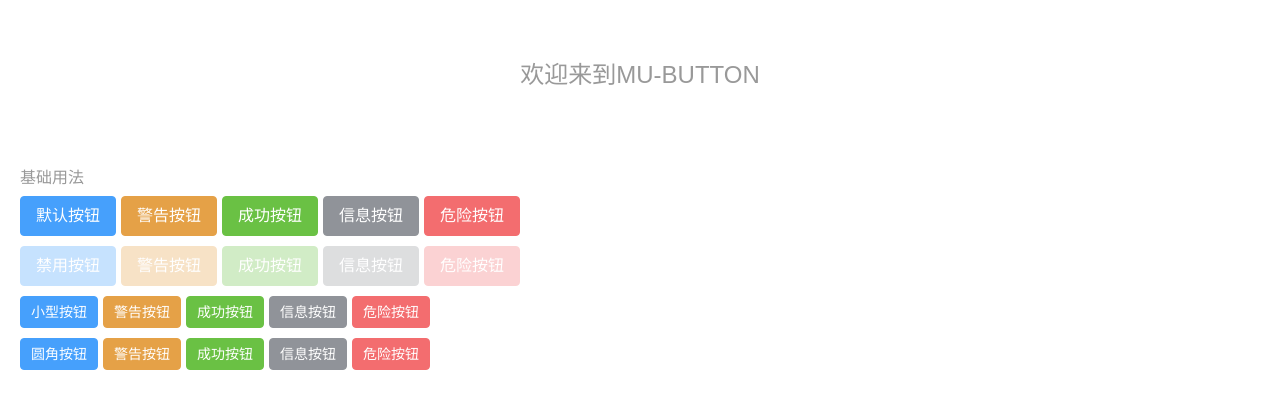
Repository: HuoXiaoYe/huoxiaoye_mumu
Page: /
These files come from the project's save history. The page is drawn as it stood at one moment and after the next save; the edit follows.
The browser window is 1280 px wide. The pictures show the whole page.
The project was rebuilt for these pictures with package versions that can differ from the ones it lists, and the page was loaded fresh each time.

Above is the page before, as saved 2020-07-04 17:42:25.

### src/App.tsx
import React from 'react';
import './App.css';
import "@/assets/less/reset.less"
import ButtonWrap from "./pages/buttonWrap/buttonWrap"

function App() {
  return (
    <div className="App">
      <ButtonWrap />
    </div>
  );
}

export default App;

### src/pages/buttonWrap/buttonWrap.tsx
import React,{useState} from "react"
import "./index.less"
import MUButton from "../../components/button/button"
import Title from "../components/title/title"
import {ButtonType} from "@/tsconfig/MUButton"


interface Ibutton {
    type:ButtonType,
    value:string
}

function ButtonWrap() {
    const [buttonList] = useState<Ibutton[]>([
        {
            type:"warning",
            value:"警告按钮"
        },
        {
            type:"success",
            value:"成功按钮"
        },
        {
            type:"info",
            value:"信息按钮"
        },
        {
            type:"danger",
            value:"危险按钮"
        }
    ])
    return (
        <div className="button-wrap">
            <Title type="first">MU-BUTTON</Title>
            <div className="button-item">
                <Title type="second">基础用法</Title>
                <ul>
                    <li><MUButton>默认按钮</MUButton></li>
                    {
                        buttonList.map((item)=>{
                            return (
                            <li><MUButton type={item.type}>{item.value}</MUButton></li>
                            )
                        })
                    }
                </ul>
                <ul>
                <li><MUButton disabled={true}>禁用按钮</MUButton></li>
                    {
                        buttonList.map((item)=>{
                            return (
                            <li><MUButton type={item.type} disabled={true}>{item.value}</MUButton></li>
                            )
                        })
                    }
                </ul>

                <ul>
                    <li><MUButton size="small">小型按钮</MUButton></li>
                    <li><MUButton size="small" type="warning">警告按钮</MUButton></li>
                    <li><MUButton size="small" type="success">成功按钮</MUButton></li>
                    <li><MUButton size="small" type="info">信息按钮</MUButton></li>
                    <li><MUButton size="small" type="danger">危险按钮</MUButton></li>
                </ul>


                <ul>
                    <li><MUButton size="small" circle={true}>圆角按钮</MUButton></li>
                    <li><MUButton size="small" circle={true} type="warning">警告按钮</MUButton></li>
                    <li><MUButton size="small" circle={true} type="success">成功按钮</MUButton></li>
                    <li><MUButton size="small" circle={true} type="info">信息按钮</MUButton></li>
                    <li><MUButton size="small" circle={true} type="danger">危险按钮</MUButton></li>
                </ul>
            </div>

        </div>
    )
}

export default ButtonWrap

### src/pages/buttonWrap/index.less
@import '@/assets/less/common.less';

.button-wrap{

    .button-item{
        padding: 20px;

        ul{
            margin-top: 5px;
            display: flex;
            flex-wrap: wrap;
            li{
                margin-right: 5px;
                margin-top: 5px;
            }
        }
    }
}

### src/components/button/button.tsx
import React, { useEffect,useState } from 'react'
import { IProps } from "@/tsconfig/MUButton"
import "./index.less"


function MUButton(props: IProps) {
    const [btnClass,setBtnClass] = useState<string[]>(['mu-button'])
    useEffect(() => {
        console.log("initional");
        let tempBtnClass:string[] = []
        if(props.type){
            tempBtnClass.push('mu-' + props.type)
        }else{
            tempBtnClass.push('mu-primary')
        }
        if(props.size){
            tempBtnClass.push('mu-' + props.size)
        }else{
            tempBtnClass.push('mu-normal')
        }
        if(props.disabled){
            tempBtnClass.push('mu-disabled')
        }
        setBtnClass([...btnClass,...tempBtnClass])
    // eslint-disable-next-line react-hooks/exhaustive-deps
    },[props])
    return (
        <button type="button" className={btnClass.join(' ')} disabled={props.disabled}>
            {/* <i className="lake-loading"></i>
            <slot className="icon"></slot> */}
            {
                props.children
            }
        </button >
    )
}

export default MUButton

### src/pages/components/title/title.tsx
/* eslint-disable react-hooks/exhaustive-deps */
import React, {useState,useEffect} from "react"
import "./index.less"

type titleType = 'first' | 'second'

interface IProps {
    type : titleType,
    children?:any
}

function Title(props:IProps){
    const [,setClassName ]= useState<titleType>('first');
    useEffect(()=>{
        setClassName(props.type)
    })

    return (
        <div className="title-wrap">
            {
                props.type === 'first' ?
                <div className="firse-level">
                    欢迎来到
                    {
                        props.children
                    }
                </div>:
                <div className="second-level">
                    {
                        props.children
                    }
                </div>
            }
        </div>
    )
}

export default Title

### src/assets/less/common.less
@charset "utf-8";html{background-color:#fff;color:#000;font-size:12px}
body,ul,ol,dl,dd,h1,h2,h3,h4,h5,h6,figure,form,fieldset,legend,input,textarea,button,p,blockquote,th,td,pre,xmp{margin:0;padding:0}
body,input,textarea,button,select,pre,xmp,tt,code,kbd,samp{line-height:1.5;font-family:tahoma,arial,"Hiragino Sans GB",simsun,sans-serif}
h1,h2,h3,h4,h5,h6,small,big,input,textarea,button,select{font-size:100%}
h1,h2,h3,h4,h5,h6{font-family:tahoma,arial,"Hiragino Sans GB","微软雅黑",simsun,sans-serif}
h1,h2,h3,h4,h5,h6,b,strong{font-weight:normal}
address,cite,dfn,em,i,optgroup,var{font-style:normal}
table{border-collapse:collapse;border-spacing:0;text-align:left}
caption,th{text-align:inherit}
ul,ol,menu{list-style:none}
fieldset,img{border:0}
img,object,input,textarea,button,select{vertical-align:middle}
article,aside,footer,header,section,nav,figure,figcaption,hgroup,details,menu{display:block}
audio,canvas,video{display:inline-block;*display:inline;*zoom:1}
blockquote:before,blockquote:after,q:before,q:after{content:"\0020"}
textarea{overflow:auto;resize:vertical}
input,textarea,button,select,a{outline:0 none;border: none;}
button::-moz-focus-inner,input::-moz-focus-inner{padding:0;border:0}
mark{background-color:transparent}
a,ins,s,u,del{text-decoration:none}
sup,sub{vertical-align:baseline}
html {overflow-x: hidden;height: 100%;font-size: 50px;-webkit-tap-highlight-color: transparent;}
body {font-family: Arial, "Microsoft Yahei", "Helvetica Neue", Helvetica, sans-serif;color: #333;font-size: .28em;line-height: 1;-webkit-text-size-adjust: none;}
hr {height: .02rem;margin: .1rem 0;border: medium none;border-top: .02rem solid #cacaca;}
a {color: #25a4bb;text-decoration: none;}

### src/components/button/index.less
@btnPrefixClass:mu;
@brand-primary:#46a0fc;
@brand-error: #e5a147;
@brand-info: #909399;
@brand-danger: #f36d6f;
.btnType(@color){
    color: #fff;
    background-color: @color;
    border-color: @color;
}
@brand-success: #6ac144;
    .@{btnPrefixClass}-button {
        display: block;
        outline: 0 none;
        box-sizing: border-box;
        padding: 13px 15px;
        text-align: center;
        font-size: 16px;
        // width: 100%;
        min-width: 64px;
        height: 48px;
        line-height: 22px;
        overflow: hidden;
        text-overflow: ellipsis;
        word-break: break-word;
        white-space: nowrap;
        color: #333;
        background-color: #fff;
        border: 1px solid #D8DEE6;
        border-radius: 4px;
        user-select: none;
        -webkit-tap-highlight-color: rgba(0, 0, 0, 0);
        -webkit-appearance: none;
        -webkit-font-smoothing: antialiased;
    }
    .mu-primary {
        color: #fff;
        background-color: @brand-primary;
        border-color: @brand-primary;
        line-height: 48px;
    }
    .mu-warning {
        color: #fff;
        background-color: @brand-error;
        border-color: @brand-error;
    }
    .mu-success{
        color: #fff;
        background-color: @brand-success;
        border-color: @brand-success;
    }
    .mu-info{
        .btnType(@brand-info)
    }
    .mu-danger{
        .btnType(@brand-danger)
    }
    .mu-outline {
        color: @brand-primary;
        background-color: #fff;
        border-color: #008DFC;
    }
    .mu-small {
        font-size: 14px;
        height: 32px;
        line-height: 20px;
        padding: 5px 10px;
    }

    .mu-normal {
        font-size: 16px;
        height: 40px;
        line-height: 22px;
        padding: 8px 15px;
    }

    .mu-inline {
        display: inline-block;
        vertical-align: top;
        width: auto;
    }
    .mu-loading {
        display: flex;
        align-items: center;
        justify-content: center;
    }
    .mu-disabled{
        opacity: 0.3;
    }
    .mu-loading {
        display: block;
        width: 12px;
        height: 12px;
        margin-right: 6px;
        border: 2px solid #e8e8e8;
        border-top-color: #c5c5c5;
        border-radius: 100%;
        animation: rotation 0.5s linear 0s infinite;
    }

    @keyframes rotation {
        from {
            transform: rotate(0deg);
        }
        to {
            transform: rotate(359deg);
        }
    }

### src/pages/components/title/index.less
.title-wrap{
    .firse-level{
        height: 150px;
        line-height: 150px;
        font-size: 24px;
        color: #999;
        text-align: center;
    }
    .second-level{
        font-size:16px;
        color: #999;
        text-align: left;
    }
}

Loaded but not shown: public/index.html (common file); src/index.tsx (common file); src/index.css (common file); src/App.css (common file); src/assets/less/reset.less (common file)

After the next save:
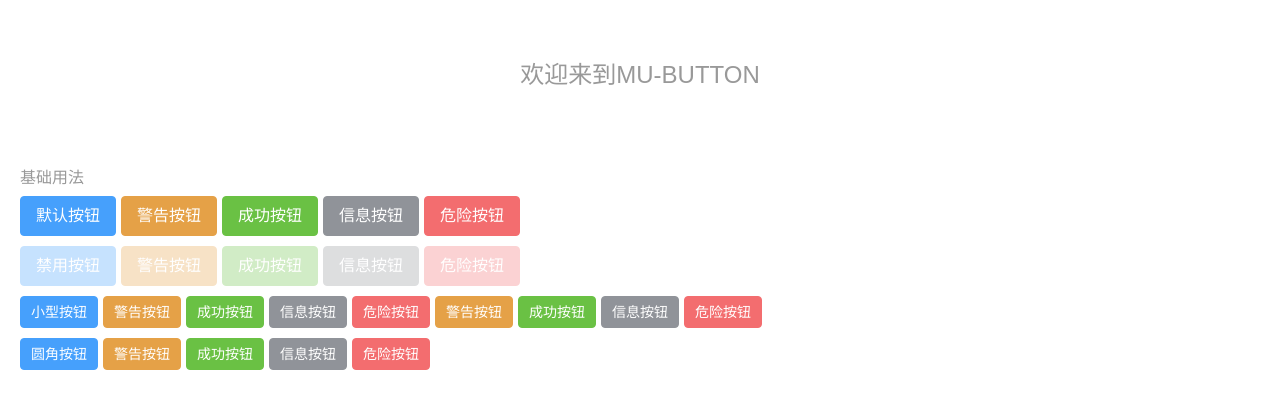
Saved 26 s later.
--- a/src/pages/buttonWrap/buttonWrap.tsx
+++ b/src/pages/buttonWrap/buttonWrap.tsx
@@ -57,6 +57,13 @@
 
                 <ul>
                     <li><MUButton size="small">小型按钮</MUButton></li>
+                    {
+                        buttonList.map((item)=>{
+                            return (
+                            <li><MUButton type={item.type} size="small">{item.value}</MUButton></li>
+                            )
+                        })
+                    }
                     <li><MUButton size="small" type="warning">警告按钮</MUButton></li>
                     <li><MUButton size="small" type="success">成功按钮</MUButton></li>
                     <li><MUButton size="small" type="info">信息按钮</MUButton></li>

After the save that followed:
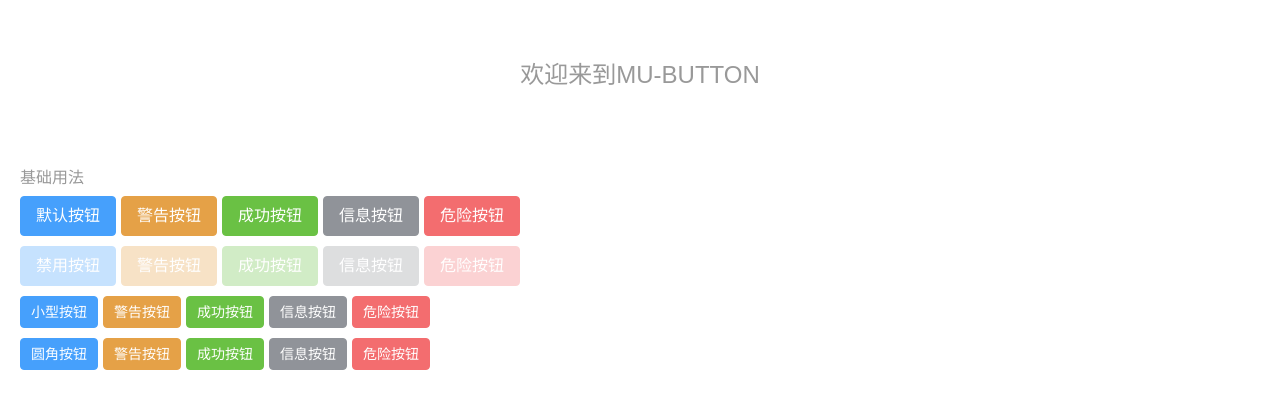
Saved 6 s later.
--- a/src/pages/buttonWrap/buttonWrap.tsx
+++ b/src/pages/buttonWrap/buttonWrap.tsx
@@ -64,10 +64,6 @@
                             )
                         })
                     }
-                    <li><MUButton size="small" type="warning">警告按钮</MUButton></li>
-                    <li><MUButton size="small" type="success">成功按钮</MUButton></li>
-                    <li><MUButton size="small" type="info">信息按钮</MUButton></li>
-                    <li><MUButton size="small" type="danger">危险按钮</MUButton></li>
                 </ul>
 
 
